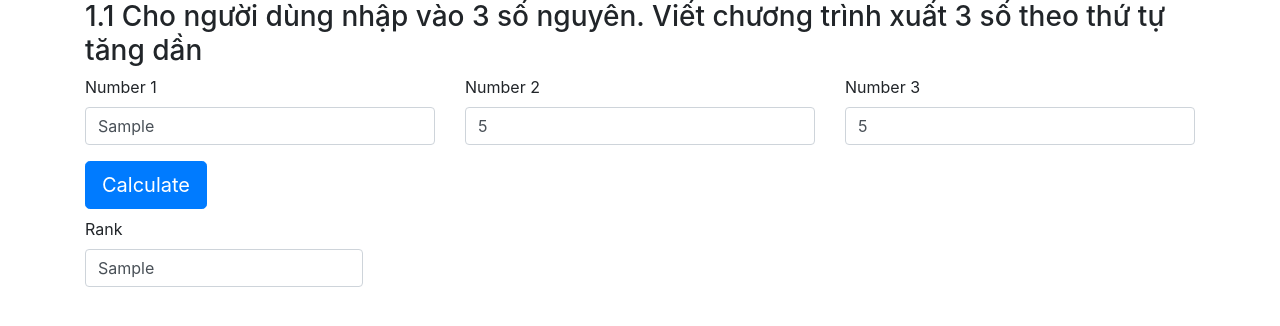
Repository: baobaodeveloper/bootscamp21__jsbasic__HuynhAnhBao
Page: index.html
The author's editor kept a copy of each file at every save. The page is drawn from the files as they stood at one save, then again after the next save.
The browser window is 1280 px wide. The pictures show the whole page.
Empty fields were first filled with sample values (such as "Sample", 5 or name@example.com).
After loading, the first visible `button.btn` was clicked once.

Above is the page before, as saved 2022-03-09 23:41:54.
Console error: ReferenceError: num1 is not defined

### index.html
<!DOCTYPE html>
<html lang="en">
  <head>
    <title>javaScript basic</title>
    <!-- Required meta tags -->
    <meta charset="utf-8" />
    <meta
      name="viewport"
      content="width=device-width, initial-scale=1, shrink-to-fit=no"
    />

    <!-- Bootstrap CSS -->
    <link
      rel="stylesheet"
      href="https://stackpath.bootstrapcdn.com/bootstrap/4.3.1/css/bootstrap.min.css"
      integrity="sha384-ggOyR0iXCbMQv3Xipma34MD+dH/1fQ784/j6cY/iJTQUOhcWr7x9JvoRxT2MZw1T"
      crossorigin="anonymous"
    />
  </head>
  <body>
    <div class="container">
      <h3>
        1.1 Cho người dùng nhập vào 3 số nguyên. Viết chương trình xuất 3 số
        theo thứ tự tăng dần
      </h3>

      <div class="row">
        <div class="col">
          <label class="form-label">Number 1</label>
          <input
            type="text"
            class="form-control num1"
            placeholder="Enter number 1"
          />
        </div>
        <div class="col">
          <label class="form-label">Number 2</label>
          <input
            type="number"
            class="form-control num2"
            placeholder="Enter number 2"
          />
        </div>
        <div class="col">
          <label class="form-label">Number 3</label>
          <input
            type="number"
            class="form-control num3"
            placeholder="Enter number 3"
          />
        </div>
      </div>

      <button type="button " class="btn btn-primary btn-lg mt-3 mb-2 btn-rank">
        Calculate
      </button>

      <div class="mt-3 m-auto">
        <label class="form-label">Rank</label>
        <input type="text" class="form-control w-25 result1" />
      </div>
    </div>
    <!-- Optional JavaScript -->
    <!-- jQuery first, then Popper.js, then Bootstrap JS -->
    <script
      src="https://code.jquery.com/jquery-3.3.1.slim.min.js"
      integrity="sha384-q8i/X+965DzO0rT7abK41JStQIAqVgRVzpbzo5smXKp4YfRvH+8abtTE1Pi6jizo"
      crossorigin="anonymous"
    ></script>
    <script
      src="https://cdnjs.cloudflare.com/ajax/libs/popper.js/1.14.7/umd/popper.min.js"
      integrity="sha384-UO2eT0CpHqdSJQ6hJty5KVphtPhzWj9WO1clHTMGa3JDZwrnQq4sF86dIHNDz0W1"
      crossorigin="anonymous"
    ></script>
    <script
      src="https://stackpath.bootstrapcdn.com/bootstrap/4.3.1/js/bootstrap.min.js"
      integrity="sha384-JjSmVgyd0p3pXB1rRibZUAYoIIy6OrQ6VrjIEaFf/nJGzIxFDsf4x0xIM+B07jRM"
      crossorigin="anonymous"
    ></script>

    <script src="exercise1.js"></script>
  </body>
</html>

### exercise1.js
const numValue1 = document.querySelector(".num1");
const numValue2 = document.querySelector(".num2");
const numValue3 = document.querySelector(".num3");
const btnRank = document.querySelector(".btn-rank");
const result1 = document.querySelector(".result1");
btnRank.addEventListener("click", () => {
  let rank = "";
  if (num1 < num2 && num2 < num3) {
    rank = `${num1}  ${num2} ${num3}`;
  } else if (num1 < num3 && num3 < num2) {
    rank = `${num1}  ${num3} ${num2}`;
  } else if (num2 < num1 && num1 < num3) {
    rank = `${num2}  ${num1} ${num3}`;
  } else if (num2 < num3 && num3 < num1) {
    rank = `${num2}  ${num1} ${num3}`;
  } else if (num3 < num1 && num1 < num2) {
    rank = `${num3}  ${num1} ${num2}`;
  } else if (num3 < num2 && num2 < num1) {
    rank = `${num3}  ${num2} ${num1}`;
  }
  result1.value = rank;
});

After the next save:
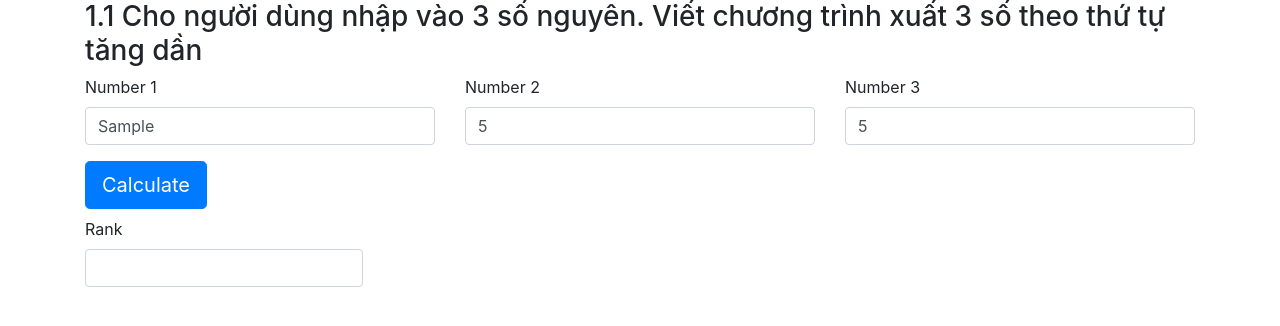
The error is gone.
Saved 28 s later.
--- a/exercise1.js
+++ b/exercise1.js
@@ -4,6 +4,9 @@ const numValue3 = document.querySelector(".num3");
 const btnRank = document.querySelector(".btn-rank");
 const result1 = document.querySelector(".result1");
 btnRank.addEventListener("click", () => {
+  const num1 = +numValue1.value;
+  const num2 = +numValue2.value;
+  const num3 = +numValue3.value;
   let rank = "";
   if (num1 < num2 && num2 < num3) {
     rank = `${num1}  ${num2} ${num3}`;
